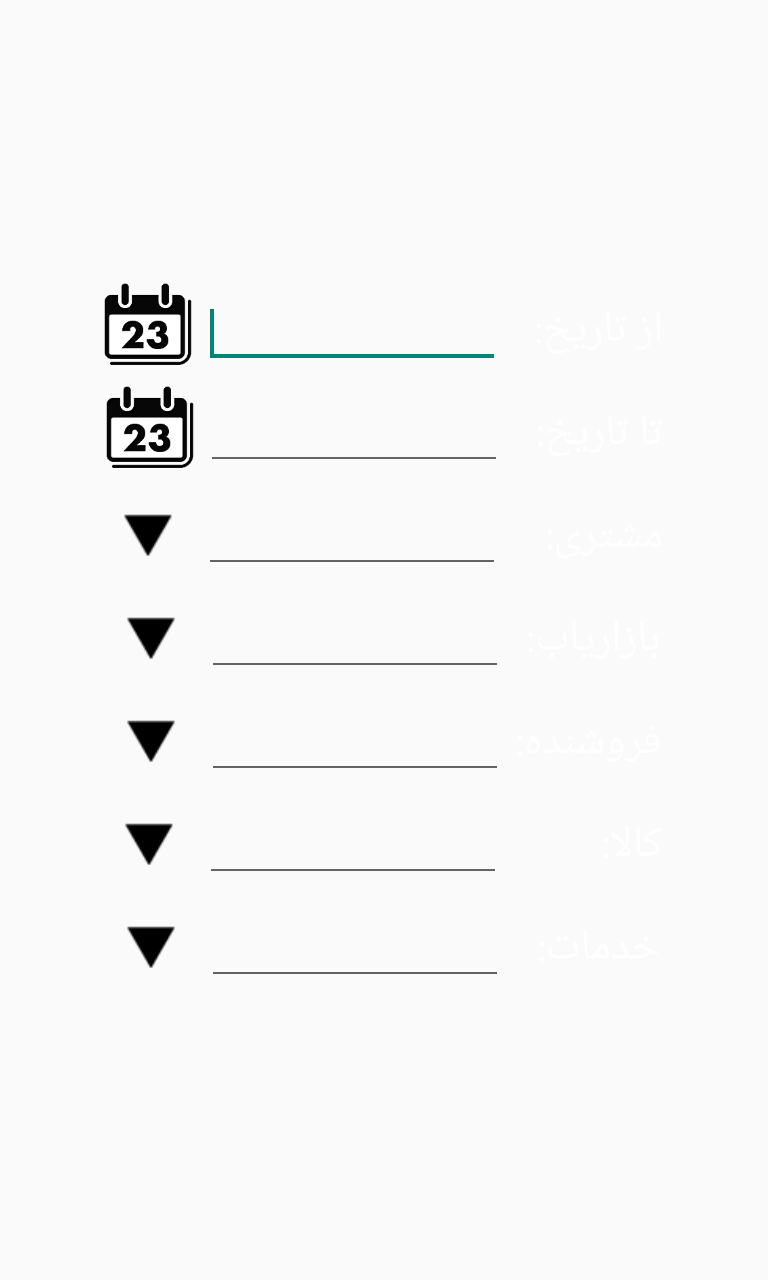
Repository: AtiehPardaz/Reports-Mobile
Layout: Reportsmobile/res/layout/frg_forosh_forokhte.xml
These files come from the project's save history. The layout is drawn as it stood at one moment and after the next save; the edit follows.
It is drawn on a 768 x 1280 px phone screen (xhdpi) without system bars, with theme AppTheme; the app's code is not run.

Above is the layout before, as saved 2015-03-09 13:56:13.

After the next save:
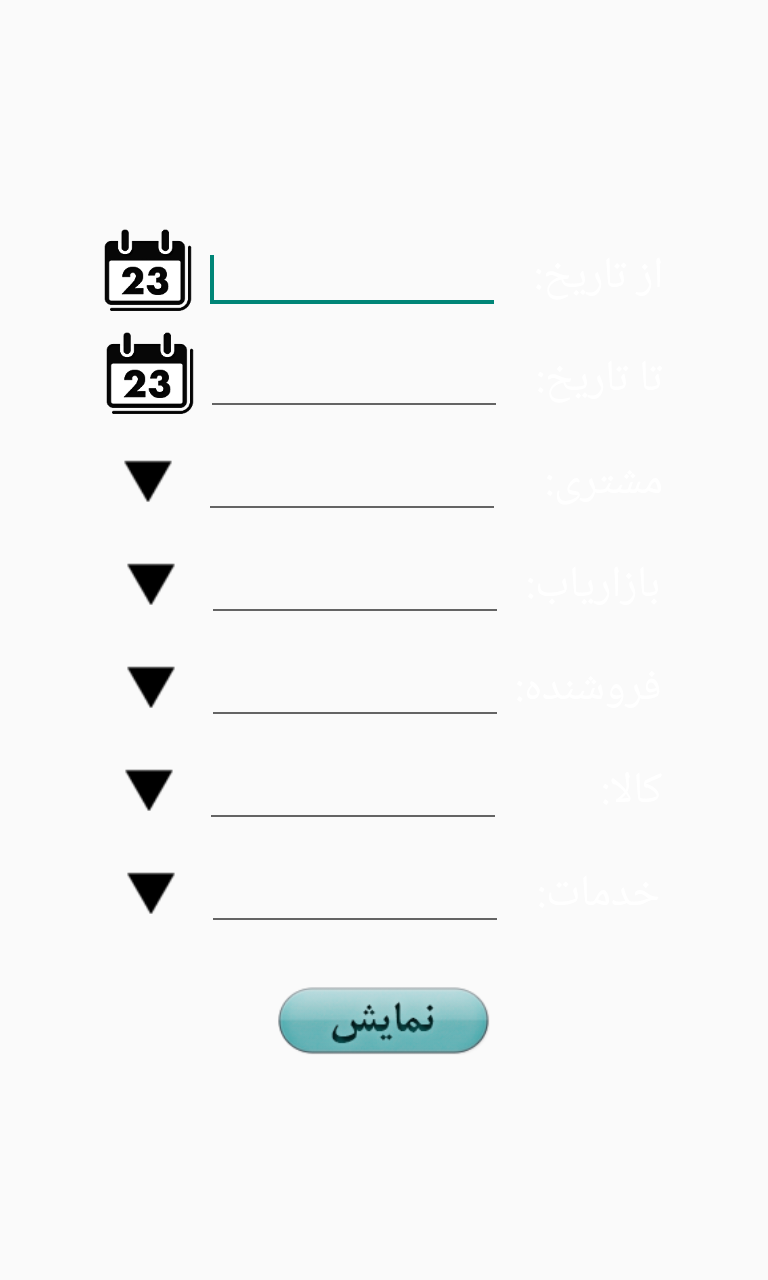
Saved 25 s later.
--- a/Reportsmobile/res/layout/frg_forosh_forokhte.xml
+++ b/Reportsmobile/res/layout/frg_forosh_forokhte.xml
@@ -193,7 +193,7 @@
                 android:textColor="#ffffff" />
 
         </LinearLayout>
----
+
 <LinearLayout
             android:layout_width="wrap_content"
             android:layout_height="wrap_content"
@@ -224,4 +224,11 @@
                 android:textColor="#ffffff" />
 
         </LinearLayout>
+        <ImageButton
+            android:id="@+id/imgbtn_namayesh__forokhte_forosh"
+            android:layout_width="wrap_content"
+            android:layout_height="wrap_content"
+            android:layout_marginTop="20dp"
+            android:background="@drawable/btnnamayesh"
+            android:src="@drawable/btn_click" />
     </LinearLayout>
